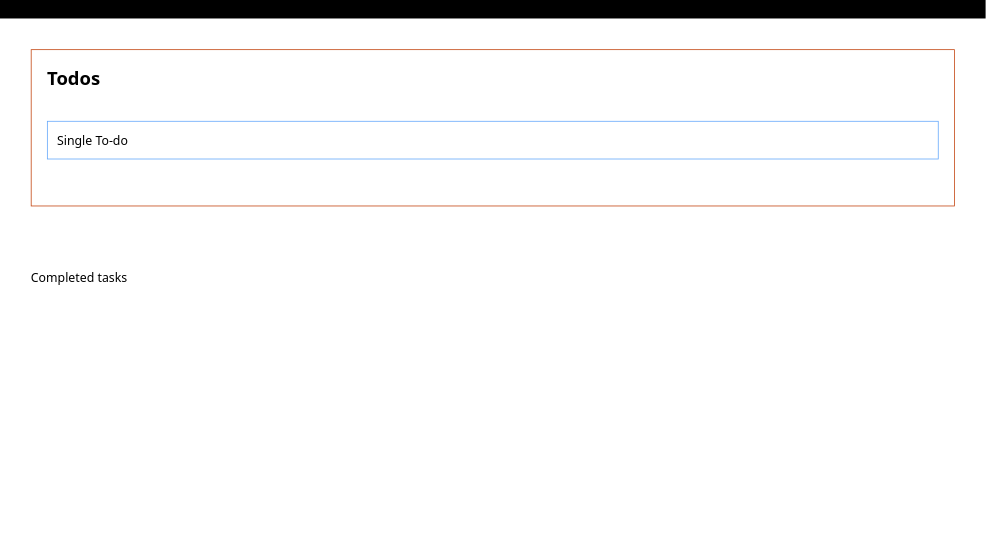
Repository: thekingisherenow/personalTodo
Page: /
The author's editor kept a copy of each file at every save. The page is drawn from the files as they stood at one save, then again after a run of saves.
The browser window is 1280 px wide. The pictures show the whole page, at 77% of full size.
The project was rebuilt for these pictures with package versions that can differ from the ones it lists, and the page was loaded fresh each time. The framework's server and built-in components were replaced by stand-ins that run in the browser. Also part of the build but not shown: next.config.js, styles/Home.module.css.

Above is the page before, as saved 2022-12-15 14:58:26.

### pages/index.js
import Head from 'next/head'
import Image from 'next/image'
import Completed from '../components/Completed'
import Todos from '../components/Todos'
import styles from '../styles/Home.module.css'

export default function Home() {
  return (
    <div>
      <Head>
        <title>Create Next App</title>
        <meta name="description" content="To-do App" />
        <link rel="icon" href="/favicon.ico" />
      </Head>

     <div className='bg-white'>
      <h1 className='bg-black'>Completed --Tasks</h1>
      <Todos/>
      <Completed />
     </div>
    </div>
  )
}

### components/Completed.js
import React from 'react'

function Completed() {
  return (
    <div className='p-10'>
      Completed tasks
    </div>
  )
}

export default Completed

### components/Todos.js
import React from 'react'
import Todo from './Todo'

function Todos() {
  return (
    <div className='p-5 m-10 border border-orange-700'>
      <h1 className='font-bold text-2xl'>Todos</h1>

        <Todo />

    </div>
  )
}

export default Todos

### components/Todo.js
import React from 'react'

function Todo() {
  return (
    <div className='border border-blue-400 p-3 my-10'>
      <span>Single To-do</span>

    </div>
  )
}

export default Todo

Loaded but not shown: pages/_app.js (common file); styles/globals.css (common file); tailwind.config.js (common file)

After the next 3 saves:
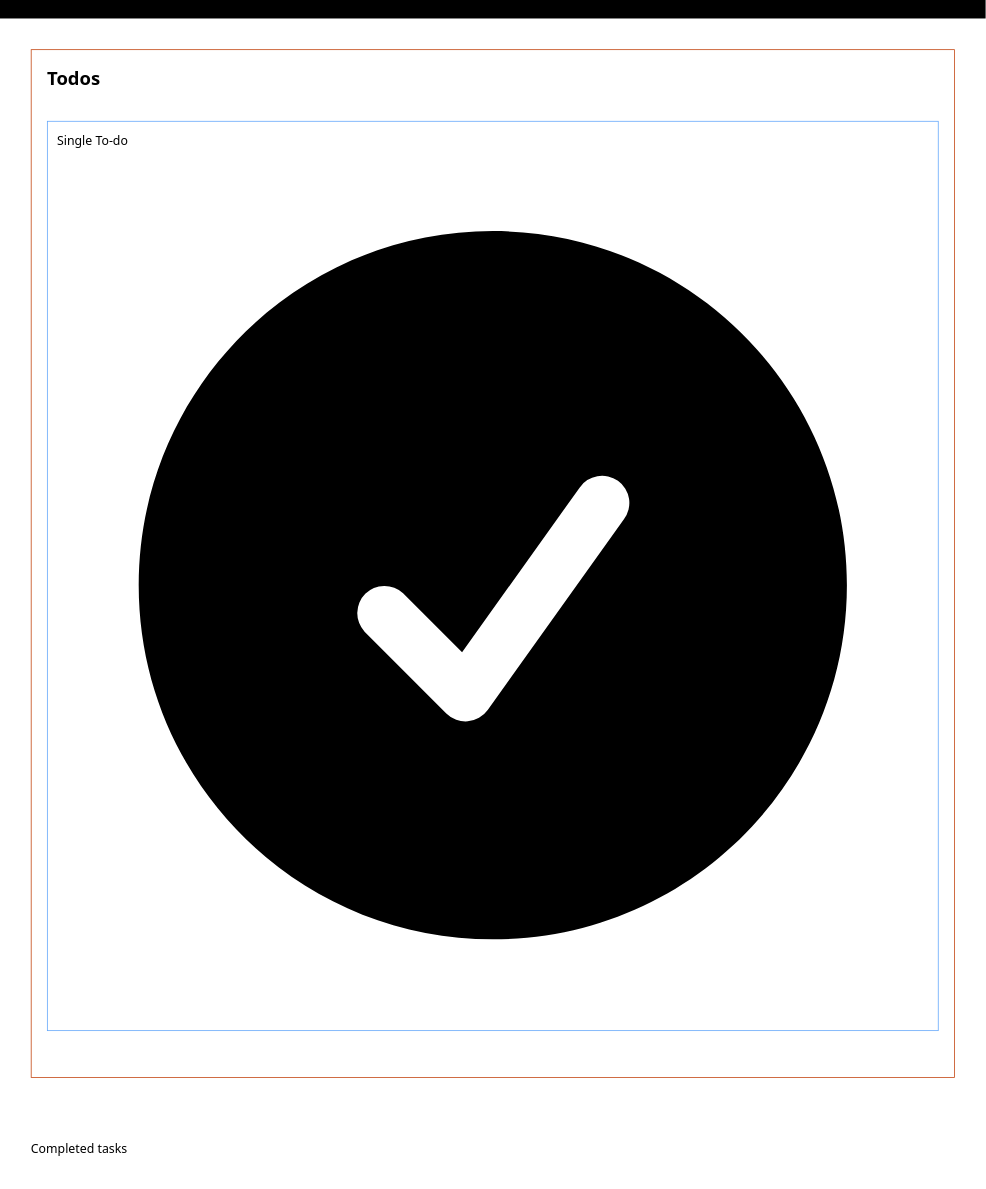
The 3 saves are shown as one change because 2 did not build or start.
The last was saved 3 min 37 s later.
--- a/components/Todo.js
+++ b/components/Todo.js
@@ -1,10 +1,11 @@
 import React from 'react'
+import { CheckCircleIcon } from '@heroicons/react/24/solid'
 
 function Todo() {
   return (
     <div className='border border-blue-400 p-3 my-10'>
       <span>Single To-do</span>
-
+      <CheckCircleIcon />
     </div>
   )
 }
